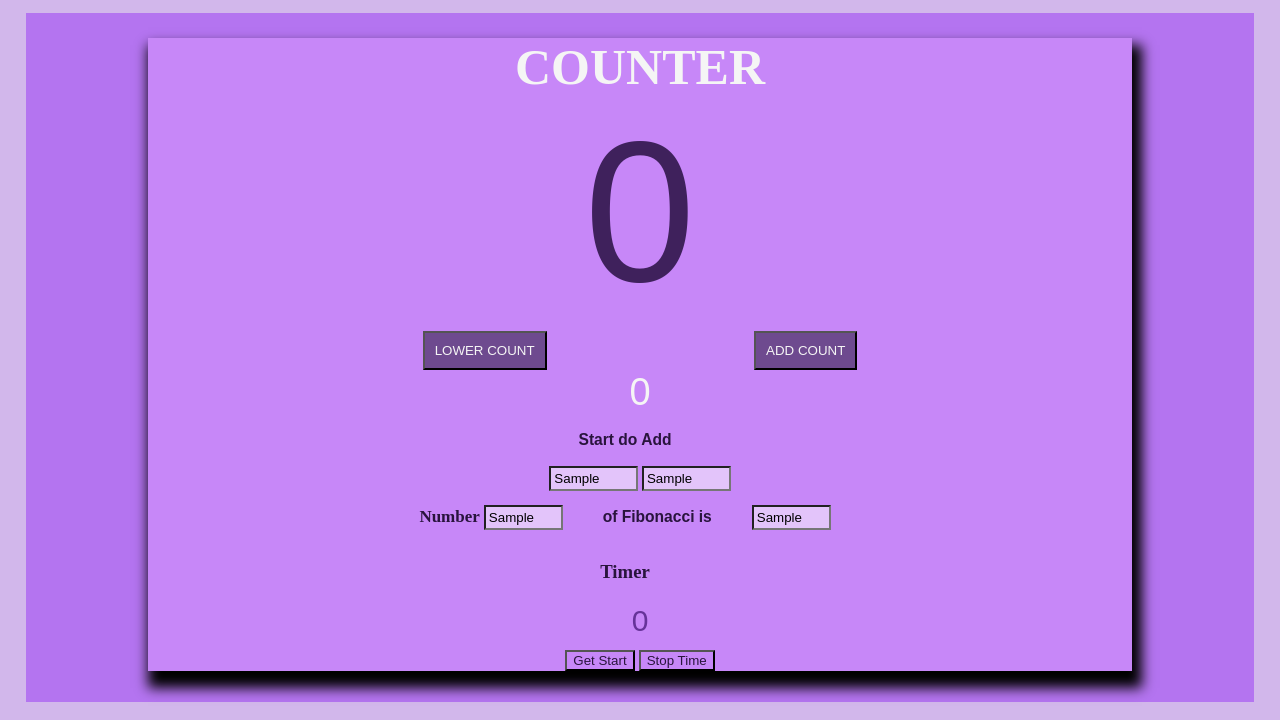
Repository: AnahitKhechumyan/Counter
Page: index.html
An editor plug-in stored every save of this project. The page is shown before and after the next save, followed by the edit.
The browser window is 1280 px wide. The pictures show the whole page.
Empty fields were first filled with sample values (such as "Sample", 5 or name@example.com).
After loading, the first visible `button.increment` was clicked once.

Above is the page before, as saved 2022-02-19 02:58:26.

After the next save:
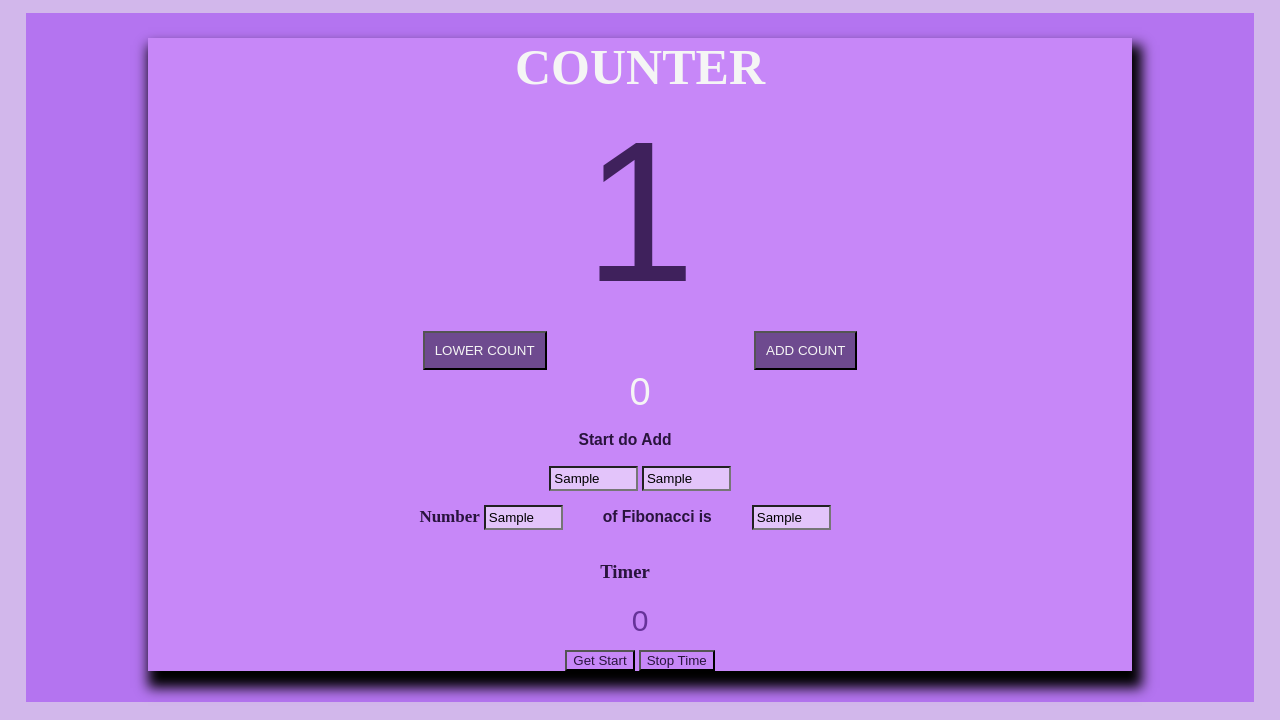
Saved 58 s later.
--- a/script.js
+++ b/script.js
@@ -40,13 +40,13 @@ let count = 0;
    addCount.addEventListener("click", () => {
    counter1.increment();
    console.log(count);
-     counterElem.value = count;
+     counterElem.innerHTML = count;
 });
 
 lowerCount.addEventListener("click", () => {
  counter1.decrement();
  console.log(count);
-  counterElem.value = count;
+  counterElem.innerHTML = count;
 });
 
 
